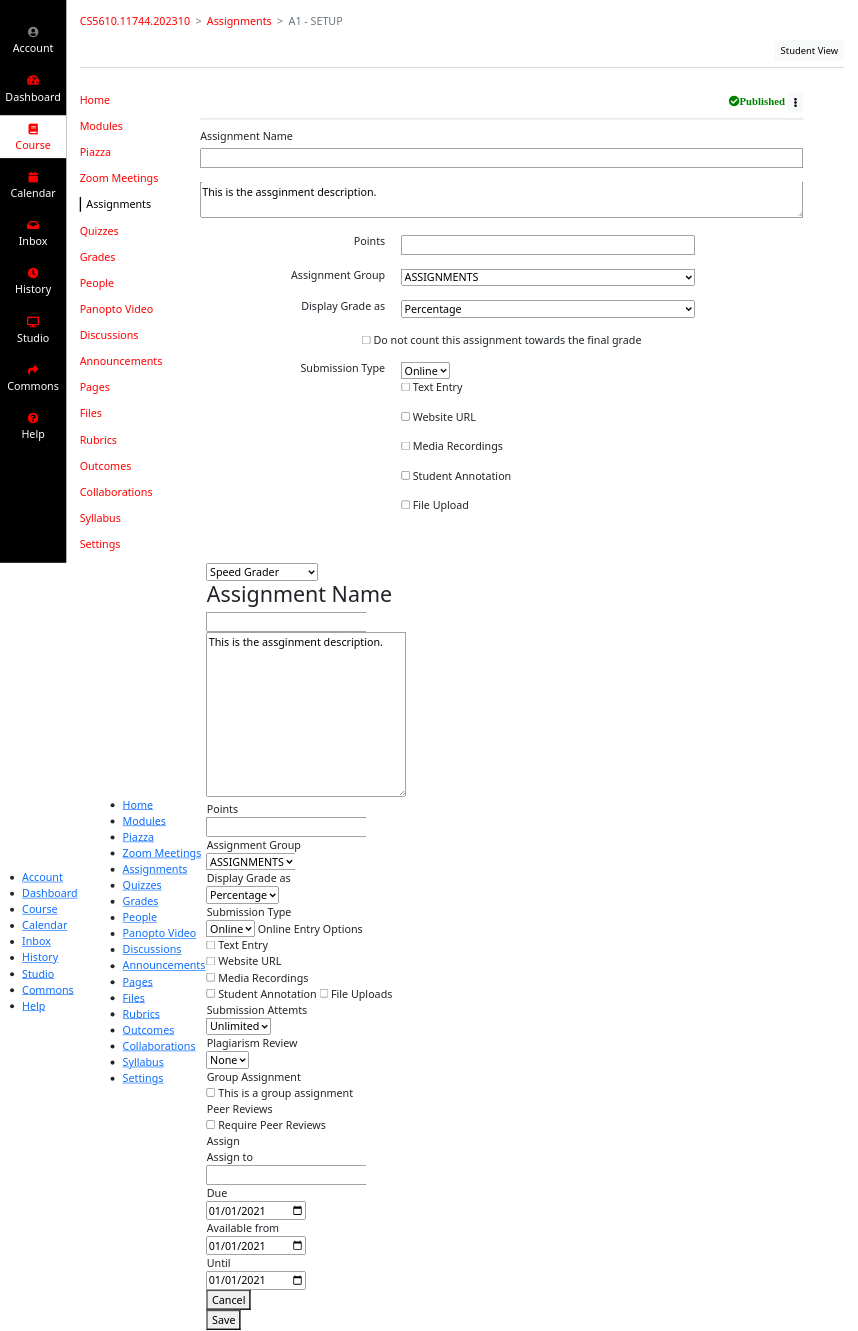
Repository: yuqiant/kanbas-react-web-app
Page: public/kanbas/assignment/edit.html
These files come from the project's save history. The page is drawn as it stood at one moment and after a run of saves; the edit follows.
The browser window is 1280 px wide. The pictures show the whole page, at 67% of full size.

Above is the page before, as saved 2023-10-05 01:10:56.

After the next 2 saves:
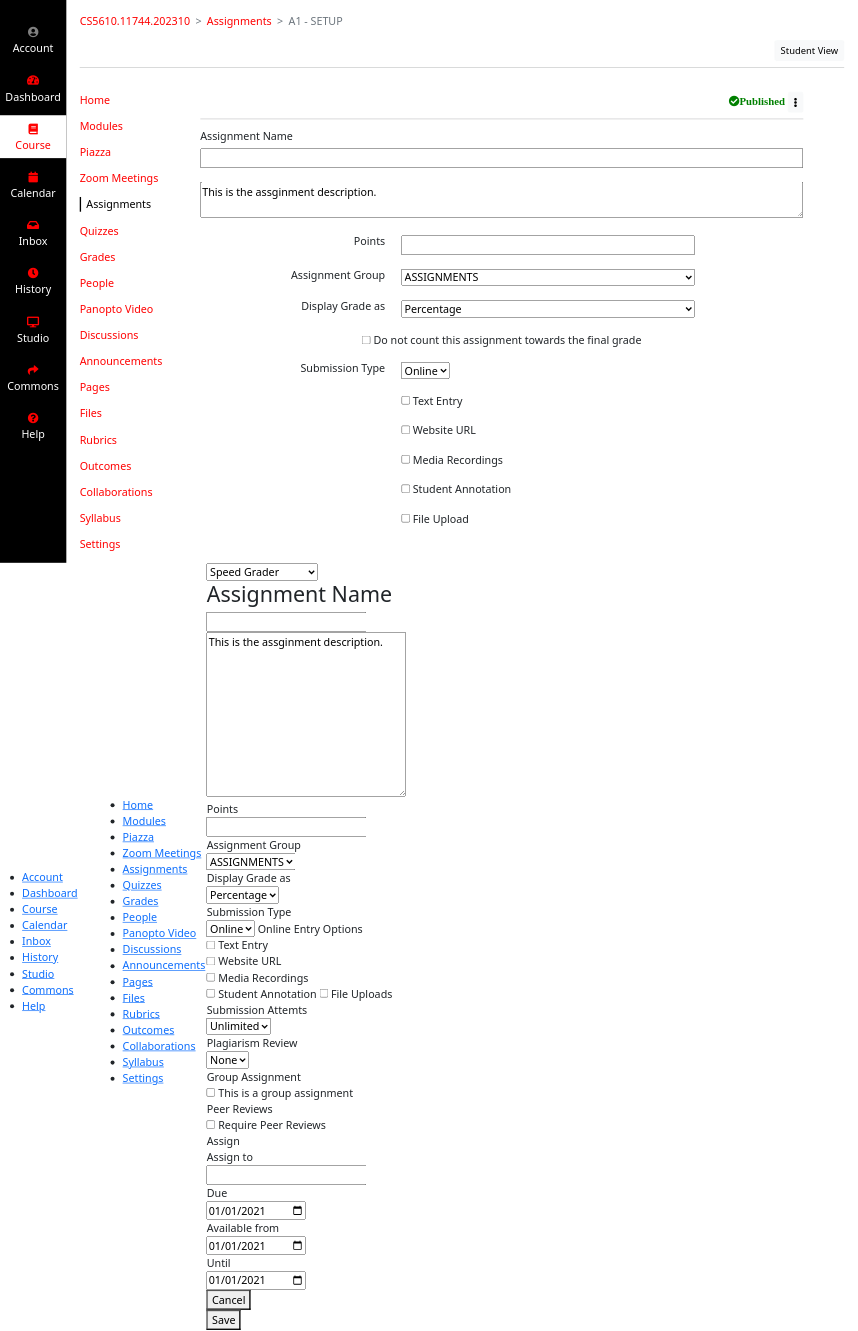
The 2 saves are shown as one change because they came seconds apart.
The last was saved 58 s later.
--- a/public/kanbas/assignment/edit.html
+++ b/public/kanbas/assignment/edit.html
@@ -146,9 +146,14 @@
                             <h6>Submission Type</h6>
                         </div>
                         <div class="col-md-6">
-                            <select id="select-one">
-                                <option value="ALL">Online</option>
-                            </select><br />
+                            <div class="row">
+                                <div class="col-md-12">
+                                    <select id="select-one">
+                                        <option value="ALL">Online</option>
+                                    </select>
+                                </div>
+                            </div>
+
                             <div class="row">
                                 <div class="col-md-12">
                                     <input type="checkbox" value="GROUPASSIGNMENT" name="check-genre"
